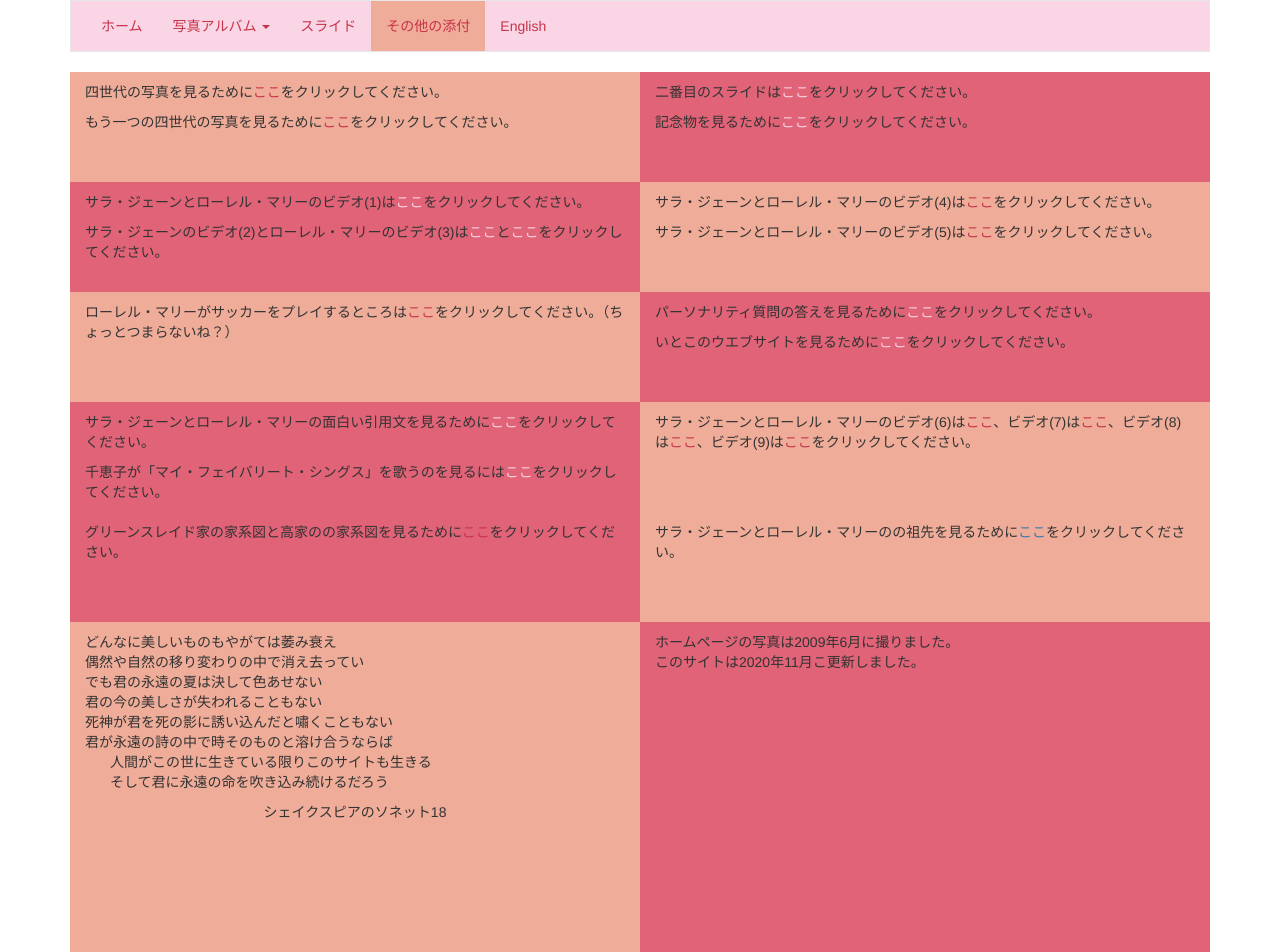
Repository: George2916/Sarah-Jane-and-Laurel-Marie
Page: misc-jap.html
The author's editor kept a record of every edit. The page is drawn from the files as they stood at one moment, then again after the next edit.
The browser window is 1280 px wide. The pictures show the whole page.

Above is the page before.
Console error: TypeError: Cannot read properties of null (reading 'style')

### misc-jap.html
<!DOCTYPE html>
<html>
<head>

    <meta charset="utf-8">
    <meta http-equiv="X-UA-Compatible" content="IE-edge">
    <meta name="viewport" content="width=device-width, initial-scale=1">
    <!--[if lt IE 9]
<script src="https://oss.maxcdn.com/html5shiv/3.7.2/html5shiv.min.js"></script>
<script src="https://oss.maxcdn.com/respond/1.4.2/respond.min.js"></script>
<![endif]-->

  <title>Miscellaneous - Japanese</title>

    <link rel="stylesheet" type="text/css" href="css/bootstrap.css">
    <link rel="stylesheet" type="text/css" href="css/mystyle.css">
    <link href="https://fonts.googleapis.com/css?family=Permanent+Marker" rel="stylesheet">


</head>

<body>

<div class="container">

    <!--collapsing navbar-->

    <nav class="navbar navbar-default">

    <div class="navbar-header">
        <button type="button" class="navbar-toggle" data-toggle="collapse" data-target="#myNavbar"><span class="glyphicon glyphicon-menu-hamburger"></span></button>
    </div>

    <div class="collapse navbar-collapse" id="myNavbar">
        <ul class="nav navbar-nav">
            <li class="DDDD"><a class="home" href="home-jap.html">ホーム</a></li>
            <li class="dropdown DDDD"><a class="active dropdown-toggle gallery-0" data-toggle="dropdown" href="#">写真アルバム <span class="caret"></span></a>
                <ul class="dropdown-menu">
                    <li><a class="gallery-1" href="gallery1-jap.html">写真アルバム 　-　2001年1月　/　2004年2月</a></li>
                    <li><a class="gallery-2" href="gallery2-jap.html">写真アルバム 　-　2004年2月　/　2006年12月</a></li>
                    <li><a class="gallery3" href="gallery3-jap.html">写真アルバム 　-　2007年6月　/　2008年11月</a></li>
                    <li><a class="gallery4" href="gallery4-jap.html">写真アルバム 　-　2008年11月　/　2009年9月</a></li>
                </ul>
            </li>
            <li class="DDDD"><a class="slideshow" href="slideshow-jap.html">スライド</a></li>
            <li class="active non-drop DDDD"><a class="misc" href="misc-jap.html">その他の添付</a></li>
            <li class="DDDD"><a href="misc.html">English</a></li>
        </ul>
    </div>

    </nav>

    <div>

        <div class="row  noPad">

            <div class="col-sm-6 color1 box1">
                <p>四世代の写真を見るために<a class="misc-link-1 AAA" href="familytreeT.html">ここ</a>をクリックしてください。</p>
                <p>もう一つの四世代の写真を見るために<a class="misc-link-1 AAA" href="familytreeM.html">ここ</a>をクリックしてください。</p>
            </div>


            <div class="col-sm-6 color2 box2">
                <p>二番目のスライドは<a class="misc-link-2 AAA" href="slideshow2-jap.html">ここ</a>をクリックしてください。</p>
                <p>記念物を見るために<a class="misc-link-2 AAA" href="flippablePhotos.html">ここ</a>をクリックしてください。</p>
            </div>


        </div><!--closes .row-->

        <div class="row  noPad">

            <div class="col-sm-6 color2 box3">
                <p>サラ<span >・</span>ジェーンとローレル<span >・</span>マリーのビデオ(1)は<a class="misc-link-3 AAA" href="https://www.youtube.com/watch?v=NwOyJzJh9Wc">ここ</a>をクリックしてください。</p>
                <p>サラ<span >・</span>ジェーンのビデオ(2)とローレル<span>・</span>マリーのビデオ(3)は<a class="misc-link-3 AAA" href="https://www.youtube.com/watch?v=lUZmNCm3aWA" target="_blank">ここ</a>と<a class="misc-link-3 AAA" href="https://www.youtube.com/watch?v=WP3CQZRvERk">ここ</a>をクリックしてください。</p>

            </div>



            <div class="col-sm-6 color1 box4">
                <p>サラ<span >・</span>ジェーンとローレル<span >・</span>マリーのビデオ(4)は<a class="misc-link-4 AAA" href="https://www.youtube.com/watch?v=_l0FIXjZr1M" target="_blank">ここ</a>をクリックしてください。</p>
                <p>サラ<span >・</span>ジェーンとローレル<span >・</span>マリーのビデオ(5)は<a class="misc-link-4 AAA" href="https://www.youtube.com/watch?v=VaALOcjoOfE" target="_blank">ここ</a>をクリックしてください。</p>
            </div>

        </div><!--closes .row-->

        <div class="row  noPad">

            <div class="col-sm-6 color1 box5J">
                <p>ローレル<span >・</span>マリーがサッカーをプレイするところは<a class="misc-link-5 AAA" href="https://www.youtube.com/watch?v=pcceURS1TcA">ここ</a>をクリックしてください。（ちょっとつまらないね？）</p>

            </div>



            <div class="col-sm-6 color2 box6">
                <p>パーソナリティ質問の答えを見るために<a class="misc-link-6 AAA" href="questionnaire-jap.html">ここ</a>をクリックしてください。</p>
                <p>いとこのウエブサイトを見るために<a class="misc-link-6 AAA" href="https://george2916.github.io">ここ</a>をクリックしてください。</p>
            </div>



        </div><!--closes .row-->

        <div class="row  noPad">

            <div class="col-sm-6 color2 box7">
                <p>サラ<span >・</span>ジェーンとローレル<span >・</span>マリーの面白い引用文を見るために<a class="misc-link-3 AAA" href="quotes.html">ここ</a>をクリックしてください。</p>
                <p>千恵子が「マイ<span >・</span>フェイバリート<span >・</span>シングス」を歌うのを見るには<a class="misc-link-3 AAA" href="https://youtu.be/F1NmzCG4n8A">ここ</a>をクリックしてください。</p>
            </div>


            <div class="col-sm-6 color1 box8J">
                <p>サラ<span >・</span>ジェーンとローレル<span >・</span>マリーのビデオ(6)は<a class="misc-link-4 AAA" href="https://youtu.be/i4otdVIbA44">ここ</a>、ビデオ(7)は<a class="misc-link-4 AAA" href="https://youtu.be/OAZ1_f3dj48">ここ</a>、ビデオ(8)は<a class="misc-link-4 AAA" href="https://youtu.be/zzMhVbymAOA">ここ</a>、ビデオ(9)は<a class="misc-link-4 AAA" href="https://youtu.be/t_HujAmd91A">ここ</a>をクリックしてください。
            </div>


        </div><!--closes .row-->

        <div class="row  noPad">

            <div class="col-sm-6 color2 box9">
                <p>グリーンスレイド家の家系図と高家のの家系図を見るために<a class="misc-link-9 AAA" href="https://george2916.github.io/GreensladeFamilyTree">ここ</a>をクリックしてください。</p>

            </div>


            <div class="col-sm-6 color1 box10">
                <p>サラ<span >・</span>ジェーンとローレル<span >・</span>マリーのの祖先を見るために<a class="misc-link-10 AAA" href="ancestors.html">ここ</a>をクリックしてください。
            </div>


        </div><!--closes .row-->

        <div class="row noPad">

            <div class="col-sm-6 color1 box11">
                <p>どんなに美しいものもやがては萎み衰え<br>偶然や自然の移り変わりの中で消え去ってい<br>でも君の永遠の夏は決して色あせない<br>君の今の美しさが失われることもない<br>死神が君を死の影に誘い込んだと嘯くこともない<br>君が永遠の詩の中で時そのものと溶け合うならば<br><span class="last2lines">人間がこの世に生きている限りこのサイトも生きる</span><br><span class="last2lines">そして君に永遠の命を吹き込み続けるだろう</span></p><p style="text-align: center">シェイクスピアのソネット18</p>
            </div>



            <div class="col-sm-6 color2 box12">
                <p>ホームページの写真は2009年6月に撮りました。<br>このサイトは2020年11月こ更新しました。</p>
            </div>

        </div><!--closes .row-->



    </div>

</div><!-closes .container-->

<script src="js/jquery-3.2.0.js"></script>
<script src="js/bootstrap.js"></script>
<script src="js/myjquery.js"></script>

</body>
</html>

### css/mystyle.css
/* color scheme

lilac: #f9d5e5

very light brown: #eeac99

pink: #e06377

red: #c83349

*/

/* STYLING FOR NAV BAR */

/* give the nav bar square corners, instead of the default rounded corners */

.navbar{
    border-radius: 0px;
}

/* change color of nav bar to lilac */

.navbar-default{
    background-color: #f9d5e5;
}

/* change the color of the lettering of Home, Slide Show and Misc. to red */

.navbar-default .navbar-collapse .navbar-nav > li > a{
     color: #c83349;
}

/* change the color of the lettering of Gallery to red */

.navbar-default .navbar-nav > .open > a,
.navbar-default .navbar-nav > .open > a:hover,
.navbar-default .navbar-nav > .open > a:focus {
    color: #c83349;
}

/* give the Home, Slide Show and Misc. tabs the color of very light brown when clicked on */

.navbar-default .navbar-nav .active a,
.navbar-default .navbar-nav .active a:hover,
.navbar-default .navbar-nav .active a:focus {
    background-color: #eeac99;
    color: #c83349;
}

/* give the Gallery tab the color of very light brown when clicked on */

.navbar-default .navbar-nav > .open > a:focus {
    background-color: #eeac99;
}

/* change color and size of the dropdown menu under the Gallery tab */

.dropdown-menu {
    background-color: #eeac99;
    padding: 0px;
    border: 0px;
    margin: 0px;
}

/* change the color of the text of the dropdown menu under the Gallery tab */

.dropdown-menu > li > a {
    color: #c83349;
}

/* make the hamburger icon have the background color of red */

.navbar-default .navbar-toggle:hover,
.navbar-default .navbar-toggle:focus {
    background-color: #eeac99;
}

.navbar-toggle{
    background-color: #c83349;
}

#bullet{

    vertical-align: text-top;
}


/* STYLING FOR HOME PAGE */

/* styling for jumbotron on Home page */

.cover-page-jumbo {
    background-color: #c83349;
    font-family: 'Permanent Marker', cursive;
    text-align: center;
    color: #f9d5e5;

}

/* styling for certain text in the Japanese translation of the Home page*/

#bullet {
    vertical-align: middle;
    letter-spacing: -10px;
}

#bullet1 {

    letter-spacing: -10px;
}

#bullet2 {

    letter-spacing: -8px;
}

#bullet3 {
    vertical-align: middle;
    letter-spacing: -14px;
}
@media only screen and (max-width: 660px) {
    .cover-page-jumbo h2{
        font-size: 140%;
    }

    .cover-page-jumbo h4{
        font-size: 90%;
    }
}

/* give the jumbrotron square corners, instead of the default rounded corners */

.container .jumbotron {
    border-radius: 0px;
}

.coverphoto {
    width: 100%;
    height: 100%;
    border: 4px solid #e06377;
}

/* resize image in jumbotron */
.coverphoto img {
    width: 100%;
    height: auto;
}


/* STYLING FOR GALLERY PAGES */

.gallery-background {
    padding: 20px;
    background-color: #c83349;
}

@media only screen and (max-width: 991px) {
    .extra-padding {
        padding-bottom: 20px;
    }
}

/* change the size of the modals for images in the Gallery which are rotated when displayed in modal format */
.gallery-rotate {
        height: 620px;
        width: 600px;
}

/* rotate certain photos in the Gallery -90 degrees when they are displayed in modal format */
.gallery-rotate img {
    -ms-transform: rotate(-90deg); /* IE 9 */
    -webkit-transform: rotate(-90deg); /* Chrome, Safari, Opera */
    transform: rotate(-90deg);
    height: 450px;
    position: absolute;
    top: 80px;
}

.pager li > a {
    background-color: #f9d5e5;
    color: #c83349;
}


/* STYLING FOR THE SLIDESHOW PAGES */

/* give pink border to the photos in the slide show */
.item > img {
    border: 4px solid #e06377;
}

/* center all img in slideshow */
.carousel-inner img {
    margin: auto;
}

/* enlarge certain pictures in the Slideshow to take up the height and width of their container */
.BBBB {
    width: 100%;
    height: auto;
}

/* give the color of smokey white to the left and right arrows in the Slideshow */

.carousel-control > span {
    color: #f5f5f5;
}

/* make the carousel captions the color of smokey white */
.carousel-caption {
    color: #f5f5f5;
}

/* give the color of smokey white to the border of the carousel indicators */
.carousel-indicators li {
    border: 1px solid #f5f5f5;
}

/* give the color of smokey white to the active carousel indicator */
.carousel-indicators .active {
     background-color: white;
}

/* hide carousel indicators and delete the <h4> captions in screen widths below 992px */
@media only screen and (max-width: 991px) {
    .carousel-indicators > li {
        display: none;
    }
    .carousel-caption > h4 {
        display: none;
    }
}

/* make font-size smaller in screen widths below 575px */
@media only screen and (max-width: 575px) {
    .carousel-caption h3 {
        font-size: 75%;
    }
}


/* STYLING FOR MISCELLANEOUS PAGE */

.color1 {
    background-color: #eeac99;
    height: 110px;
    padding-top: 10px;
}

.color2 {
    background-color: #e06377;
    height: 110px;
    padding-top: 10px;
}

.noPad {margin-right: 0px;
    margin-left: 0px;
}

/* STYLING FOR THE FAMILYTREEM.HTML AND FAMILYTREET.HTML DOCS */

.family-tree-jumbo {
    background-color: #f9d5e5;
    font-family: 'Permanent Marker', cursive;
    text-align: center;
}

.family-tree-jumbo > h3 {
    color: #c83349;
}

/* rotate the fourgenerationsM photo 90 degrees */
.fourgenerationsM img {
    width: 100%;
    height: auto;
   -ms-transform: rotate(90deg); /* IE 9 */
    -webkit-transform: rotate(90deg); /* Chrome, Safari, Opera */
    transform: rotate(90deg);
    position: relative;
    top: 60px;
    border: solid 5px #e06377;
}

/* adjust the position of the fourgenerationsM photo and related text, depending on the screen size */
@media only screen and (max-width: 1199px) {
    .fourgenerationsM img {
        position: relative;
        top: 50px;
    }
    .customclassM {
        position: relative;
        top: 2px;
    }
}

@media only screen and (max-width: 991px) {
    .fourgenerationsM img {
        position: relative;
        top: 100px;
    }
    .customclassM {
        position: relative;
        top: 250px;
        left: 50px;
    }
}

@media only screen and (max-width: 767px) {
    .fourgenerationsM img {
        position: relative;
        top: 120px;
    }
    .customclassM {
        position: relative;
        top: 250px;
        left: 0px;
    }
}

/* adjust the positioning of the fourgenerationsT photo and related text, depending on the screen size */
@media only screen and (min-width: 992px) {
    .fourgenerationsT img {
        width: 100%;
        height: auto;
        position: relative;
        left: 50px;
        top: 20px;
        border: solid 5px #e06377;
    }
    .customclassT {
        position: relative;
        left: 50px;
    }
}

@media only screen and (min-width: 768px) {
    .fourgenerationsT img {
        width: 100%;
        height: auto;
        border: solid 5px #e06377;
    }
    .customclassT {
        position: relative;
        top: 20px;
        left: 50px;
    }
}

@media only screen and (min-width: 100px) {
    .fourgenerationsT img {
        width: 100%;
        height: auto;
        border: solid 5px #e06377;
    }
    .customclassT {
        position: relative;
        top: 20px;
    }
}

.withtext {
    text-align: center;
    border: 2px solid black;
}

.withtext1 {
    border: 3.4px solid black;
    text-align: center;
}

.withsymbol {
    text-align: center;
}

.specialborder {
    border: solid 3px #e06377;
}


/* STYLING FOR QUESTIONNAIRE */

#heading, #headingJ{
    background-color: #c83349;
    font-family: 'Permanent Marker', cursive;
    text-align: center;
    color: #f9d5e5;
}

#Qborder, #QborderJ{
    border-width: 10px;
    border-style: solid;
    border-color: #f9d5e5;
}

#first-row, #first-rowJ{
    height: 2.5em;
}

#sjButtonJap > .btn,
#lmButtonJap > .btn {
    font-size: 75%;
}

@media only screen and (max-width: 767px) {
    #sjButtonJap > .btn,
    #lmButtonJap > .btn {
        font-size: 75%;
    }
}

@media only screen and (max-width: 640px) {
    #sjButtonJap > .btn,
    #lmButtonJap > .btn {
        font-size: 70%;
    }
}

@media only screen and (max-width: 575px) {
    #sjButtonJap > .card_back,
    #lmButtonJap > .card_back {
        font-size: 65%;
    }
    #sjButtonJap > .card_front,
    #lmButtonJap > .card_front {
        font-size: 65%;
    }
}

.card{
  position: relative;
  width: 25%;
  text-align: center;
}

.card_front,
.card_back{
  position: absolute;
  top: 0;
  left: 0;
  width: 100%;
  height: 100%;
}

.card_front,
.card_back{
  -webkit-backface-visibility: hidden;
          backface-visibility: hidden;
  -webkit-transition: -webkit-transform 0.3s;
          transition: transform 0.3s;
}

.card_front{
  background-color: #eeac99;
}

.card_back{
  background-color: #eeac99;
  -webkit-transform: rotateY(-180deg);
          transform: rotateY(-180deg);
}

.card.effect_hover:hover .card_front{
  -webkit-transform: rotateY(-180deg);
          transform: rotateY(-180deg);
}

.card.effect_hover:hover .card_back{
  -webkit-transform: rotateY(0);
          transform: rotateY(0);
}

.customBtn{

  border-right: 6px solid #eeac99;
  border-bottom: 6px solid #eeac99;
  border-right-style: outset;
  border-bottom-style: outset;
}

.question{
    background-color: #eeac99;
}

#hiddenSJ-1, #hiddenSJ-2, #hiddenSJ-3, #hiddenSJ-4, #hiddenSJ-5, #hiddenSJ-6, #hiddenSJ-7, #hiddenSJ-8, #hiddenSJ-9, #hiddenSJ-10, #hiddenSJ-11, #hiddenSJ-12, #hiddenSJ-13, #hiddenSJ-14, #hiddenSJ-15, #hiddenSJ-16, #hiddenSJ-17, #hiddenSJ-18, #hiddenSJ-19, #hiddenSJ-20, #hiddenSJ-21, #hiddenSJ-22, #hiddenSJ-23, #hiddenSJ-24, #hiddenSJ-25, #hiddenLM-1, #hiddenLM-2, #hiddenLM-3, #hiddenLM-4, #hiddenLM-5, #hiddenLM-6, #hiddenLM-7, #hiddenLM-8, #hiddenLM-9, #hiddenLM-10, #hiddenLM-11, #hiddenLM-12, #hiddenLM-13, #hiddenLM-14, #hiddenLM-15, #hiddenLM-16, #hiddenLM-17, #hiddenLM-18, #hiddenLM-19, #hiddenLM-20, #hiddenLM-21, #hiddenLM-22, #hiddenLM-23, #hiddenLM-24, #hiddenLM-25, #hiddenSJJ-1, #hiddenSJJ-2, #hiddenSJJ-3, #hiddenSJJ-4, #hiddenSJJ-5, #hiddenSJJ-6, #hiddenSJJ-7, #hiddenSJJ-8, #hiddenSJJ-9, #hiddenSJJ-10, #hiddenSJJ-11, #hiddenSJJ-12, #hiddenSJJ-13, #hiddenSJJ-14, #hiddenSJJ-15, #hiddenSJJ-16, #hiddenSJJ-17, #hiddenSJJ-18, #hiddenSJJ-19, #hiddenSJJ-20, #hiddenSJJ-21, #hiddenSJJ-22, #hiddenSJJ-23, #hiddenSJJ-24, #hiddenSJJ-25, #hiddenLMJ-1, #hiddenLMJ-2,  #hiddenLMJ-3, #hiddenLMJ-4, #hiddenLMJ-5, #hiddenLMJ-6, #hiddenLMJ-7, #hiddenLMJ-8, #hiddenLMJ-9, #hiddenLMJ-10, #hiddenLMJ-11, #hiddenLMJ-12, #hiddenLMJ-13, #hiddenLMJ-14, #hiddenLMJ-15, #hiddenLMJ-16, #hiddenLMJ-17, #hiddenLMJ-18, #hiddenLMJ-19, #hiddenLMJ-20, #hiddenLMJ-21, #hiddenLMJ-22, #hiddenLMJ-23, #hiddenLMJ-24, #hiddenLMJ-25 {
    background-color: #eeac99;
}


/* STYLING FOR FLIPPABLE PHOTOS (MEMENTOS) */

.FPborder{
    border-width: 10px 10px 1px 10px;
    border-style: solid;
    border-color: #f9d5e5;
}

.FPheading{
    background-color: #c83349;
    font-family: 'Permanent Marker', cursive;
    text-align: center;
    color: #f9d5e5;
    padding-bottom: 20px;
}

.FPbackground{
    border-width: 0px 10px 10px 10px;
    border-style: solid;
    border-color: #f9d5e5;
    background-color: #eeac99;
    padding: 0px 20px 0px 20px;
}

.FPtextHeading{
    padding: 0px 20px;
}

.pic-front{
    box-shadow: 5px 5px 5px #c83349;
    margin-bottom: 20px;
}

.pic-back{
    display:none;
    box-shadow: 5px 5px 5px #c83349;
    margin-bottom: 20px;
}

.FPtext{
    color: #c83349;
}

/* rotation of images */

#front1{
  transform: rotate(3deg);
}

#front1:hover{
  transform: rotate(0deg);
  cursor: grab;
}

#back1-1{
  transform: rotate(3deg);
}

#back1-1:hover{
  transform: rotate(0deg);
  cursor: grab;
}

#back1-2{
  transform: rotate(3deg);
}

#back1-2:hover{
  transform: rotate(0deg);
  cursor: grab;
}

#front2{
  transform: rotate(1deg);
}

#front2:hover{
  transform: rotate(0deg);
  cursor: grab;
}

#back2{
  transform: rotate(1deg);
}

#back2:hover{
  transform: rotate(0deg);
  cursor: grab;
}

#front3{
  transform: rotate(-3deg);
}

#front3:hover{
  transform: rotate(0deg);
  cursor: grab;
}

#back3-1{
  transform: rotate(-3deg);
}

#back3-1:hover{
  transform: rotate(0deg);
  cursor: grab;
}

#back3-2{
  transform: rotate(-3deg);
}

#back3-2:hover{
  transform: rotate(0deg);
  cursor: grab;
}

#front4{
  transform: rotate(3deg);
}

#front4:hover{
  transform: rotate(0deg);
  cursor: grab;
}

#back4{
  transform: rotate(3deg);
}

#back4:hover{
  transform: rotate(0deg);
  cursor: grab;
}

#front5{
  transform: rotate(1deg);
}

#front5:hover{
  transform: rotate(0deg);
  cursor: grab;
}

#back5{
  transform: rotate(1deg);
}

#back5:hover{
  transform: rotate(0deg);
  cursor: grab;
}

#front6{
  transform: rotate(-7deg);
}

#front6:hover{
  transform: rotate(-0deg);
  cursor: grab;
}

#back6{
  transform: rotate(-7deg);
}

#back6:hover{
  transform: rotate(-0deg);
  cursor: grab;
}

#front7{
  transform: rotate(1deg);
}

#front7:hover{
  transform: rotate(0deg);
  cursor: grab;
}

#back7-1{
  transform: rotate(1deg);
}

#back7-1:hover{
  transform: rotate(0deg);
  cursor: grab;
}

#back7-2{
  transform: rotate(1deg);
}

#back7-2:hover{
  transform: rotate(0deg);
  cursor: grab;
}

#back7-3{
  transform: rotate(1deg);
}

#back7-3:hover{
  transform: rotate(0deg);
  cursor: grab;
}

#front8{
  transform: rotate(-5deg);
}

#front8:hover{
  transform: rotate(0deg);
  cursor: grab;
}

#back8{
  transform: rotate(-5deg);
}

#back8:hover{
  transform: rotate(0deg);
  cursor: grab;
}

#front9{
  transform: rotate(-3deg);
}

#front10{
  transform: rotate(2deg);
}

#front10:hover{
  transform: rotate(0deg);
  cursor: grab;
}

#back10-1{
  transform: rotate(2deg);
}

#back10-1:hover{
  transform: rotate(0deg);
  cursor: grab;
}

#back10-2{
  transform: rotate(2deg);
}

#back10-2:hover{
  transform: rotate(0deg);
  cursor: grab;
}

#back10-3{
  transform: rotate(2deg);
}

#back10-3:hover{
  transform: rotate(0deg);
  cursor: grab;
}

#back10-4{
  transform: rotate(2deg);
}

#back10-4:hover{
  transform: rotate(0deg);
  cursor: grab;
}

#back10-5{
  transform: rotate(2deg);
}

#back10-5:hover{
  transform: rotate(0deg);
  cursor: grab;
}

#front11{
  transform: rotate(2deg);
}

#front11:hover{
  transform: rotate(0deg);
}

#front12{
  transform: rotate(-2deg);
}

#front12:hover{
  transform: rotate(0deg);
  cursor: grab;
}

#back12{
  transform: rotate(-2deg);
}

#back12:hover{
  transform: rotate(0deg);
  cursor: grab;
}

#front13{
  transform: rotate(-2deg);
}

#front13:hover{
  transform: rotate(0deg);
  cursor: grab;
}

#back13{
  transform: rotate(-2deg);
}

#back13:hover{
  transform: rotate(0deg);
  cursor: grab;
}

#front14{
  transform: rotate(3deg);
}

#front14:hover{
  transform: rotate(0deg);
  cursor: grab;
}

#back14{
  transform: rotate(3deg);
}

#back14:hover{
  transform: rotate(0deg);
  cursor: grab;
}



/* STYLING FOR QUOTES.HTML */


.qText1{
    color: #c83349;
    font-family: 'Permanent Marker', cursive;
    padding: 0px 50px;
    text-align: center;
}

.qText2{
    color: #c83349;
    font-family: 'Permanent Marker', cursive;
    padding: 0px 60px;
    text-align: center;

}

.qBackground1{
    border-width: 0px 10px 1px 10px;
    border-style: solid;
    border-color: #f9d5e5;
    background-color: #eeac99;
    padding: 20px 20px 0px 20px
}

.qBackground2{
    border-width: 0px 10px 10px 10px;
    border-style: solid;
    border-color: #f9d5e5;
    background-color: #eeac99;
    padding: 20px 20px 20px 20px
}

#quote1{
    text-decoration: underline;
}

.noPad {margin-right: 0px;
    margin-left: 0px;}

Loaded but not shown: css/bootstrap.css (library); js/jquery-3.2.0.js (library); js/bootstrap.js (library); js/myjquery.js (library)

After the next edit:
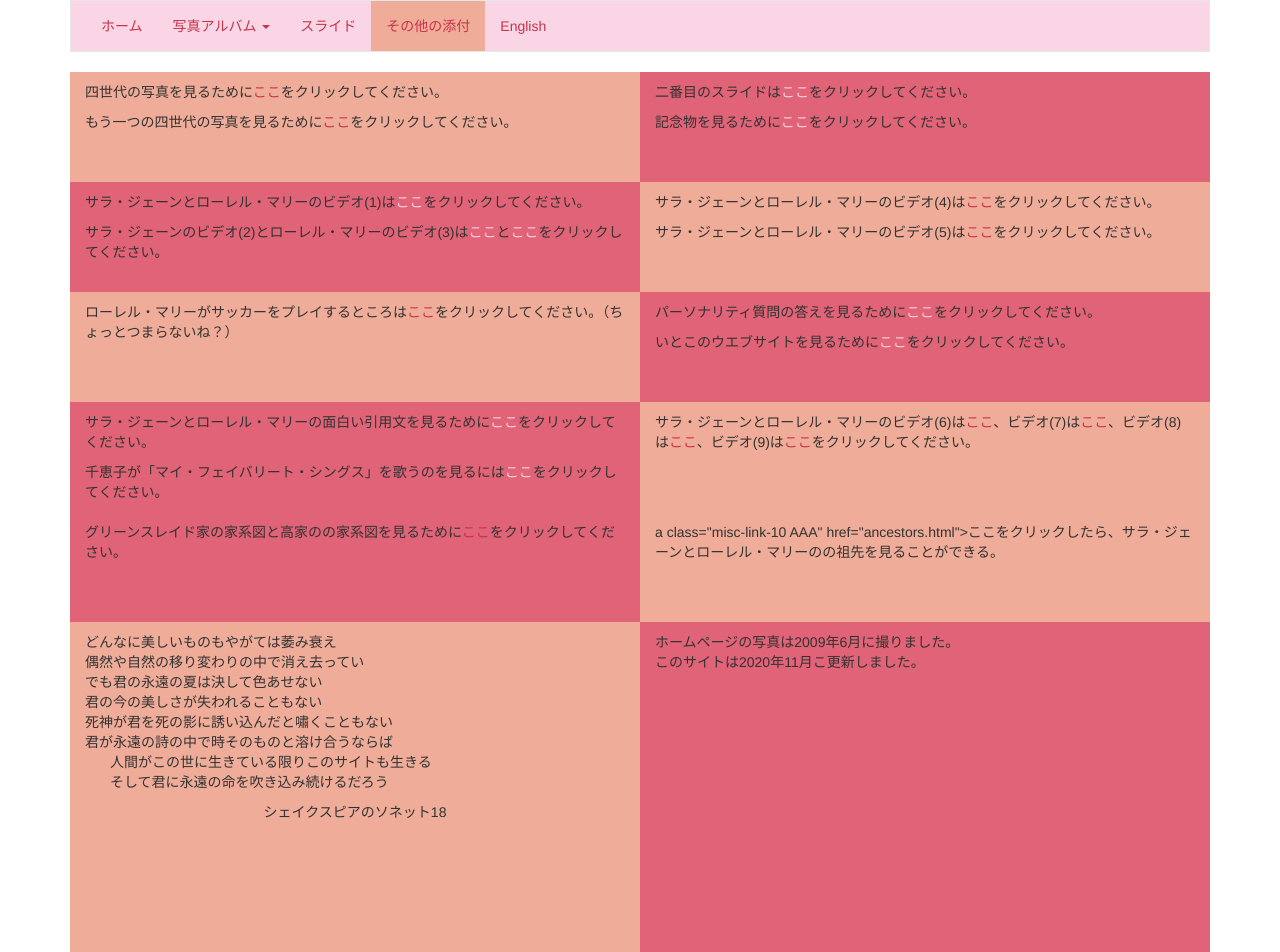
The edit:
--- a/misc-jap.html
+++ b/misc-jap.html
@@ -127,7 +127,7 @@
 
 
             <div class="col-sm-6 color1 box10">
-                <p>サラ<span >・</span>ジェーンとローレル<span >・</span>マリーのの祖先を見るために<a class="misc-link-10 AAA" href="ancestors.html">ここ</a>をクリックしてください。
+                <p>a class="misc-link-10 AAA" href="ancestors.html">ここ</a>をクリックしたら、サラ<span >・</span>ジェーンとローレル<span >・</span>マリーのの祖先を見ることができる。
             </div>
 
 
